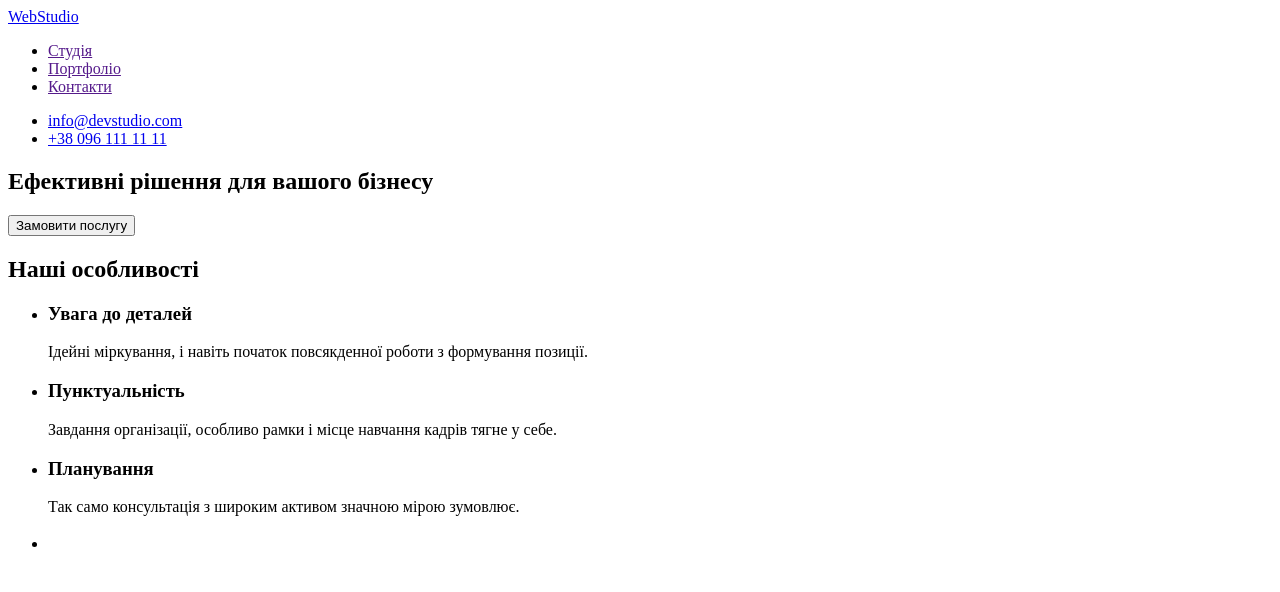
Repository: Mariia2811/goit-markup-hw-03
Page: index.html
The author's editor kept a copy of each file at every save. The page is drawn from the files as they stood at one save, then again after the next save.
The browser window is 1280 px wide. The pictures show the whole page.

Above is the page before, as saved 2022-11-16 13:40:52.

### index.html
<!DOCTYPE html>
<html lang="uk">
  <head>
    <meta charset="UTF-8" />
    <meta http-equiv="X-UA-Compatible" content="IE=edge" />
    <meta name="viewport" content="width=device-width, initial-scale=1.0" />
    <title>Document</title>
  </head>
  <body>
    <header>
        <nav>
            <a href="./index.html">WebStudio</a>
            <ul>
                <li><a href="">Студія</a></li>
                <li><a href="">Портфоліо</a></li>
                <li><a href="">Контакти</a></li>
            </ul>
            <ul>
                <li><a href="mailto:info@devstudio.com">info@devstudio.com</a></li>
                <li><a href="tel:+380961111111">+38 096 111 11 11</a></li>
            </ul>
        </nav>
    </header>
    <main>
        <section>
            <h1>Ефективні рішення для вашого бізнесу</h1>
            <button type="button">Замовити послугу</button>
        </section>
        <section>
            <h2>Наші особливості</h2>
            <ul>
                <li>
                    <h3>Увага до деталей</h3>
                    <p>Ідейні міркування, і навіть початок повсякденної роботи з формування позиції.</p>
                </li>
                <li>
                    <h3>Пунктуальність</h3>
                    <p>Завдання організації, особливо рамки і місце навчання кадрів тягне у себе.</p>
                </li>
                <li>
                    <h3>Планування</h3>
                    <p>Так само консультація з широким активом значною мірою зумовлює.</p>
                </li>
                <li>
                    <h3></h3>
                    <p></p>
                </li>
            </ul>
        </section>
        <section></section>
        <section></section>
    </main>
    <footer></footer>
  </body>
</html>

After the next save:
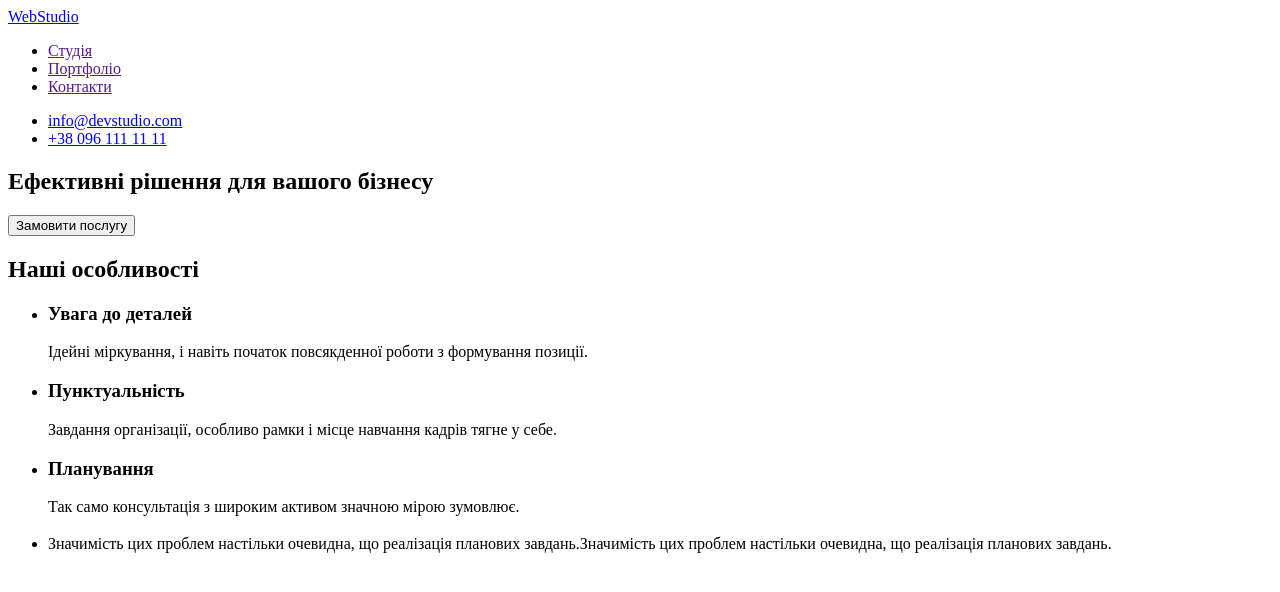
Saved 5 s later.
--- a/index.html
+++ b/index.html
@@ -43,7 +43,7 @@
                 </li>
                 <li>
                     <h3></h3>
-                    <p></p>
+                    <p>Значимість цих проблем настільки очевидна, що реалізація планових завдань.Значимість цих проблем настільки очевидна, що реалізація планових завдань.</p>
                 </li>
             </ul>
         </section>
